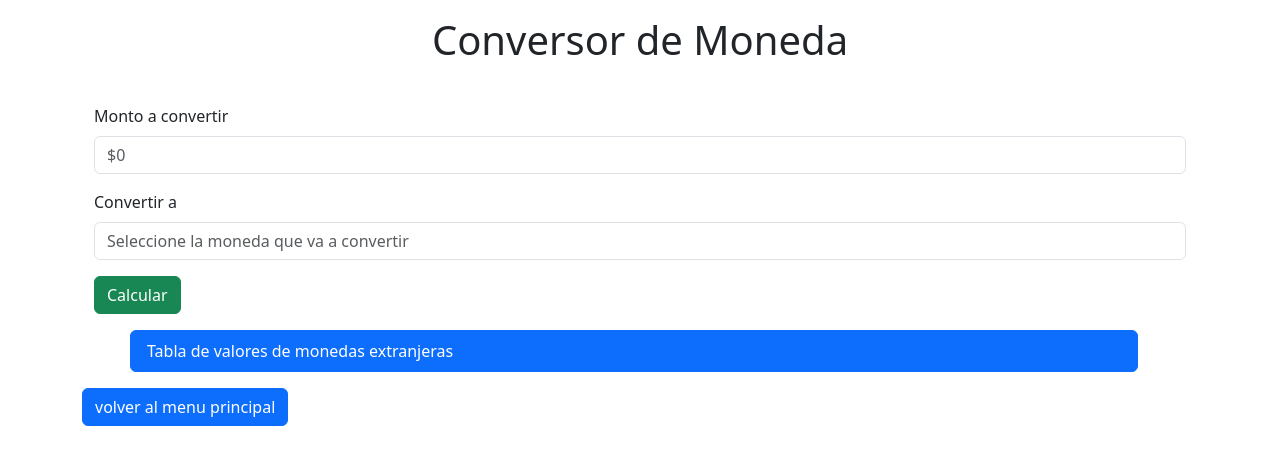
Repository: MaxiSoriano70/ALURA_Challenge_Oracle_ONE_Conversor
Page: http://localhost/conversores/WEB-INF/view/conversorDeMonedas.jsp
The author's editor kept a copy of each file at every save. The page is drawn from the files as they stood at one save, then again after the next save.
The browser window is 1280 px wide. The pictures show the whole page.
The page is served by Tomcat 10. Nobody is signed in. The template is opened directly, without the code that normally fills it, so the values that code supplies are empty.

Above is the page before, as saved 2023-05-13 08:12:39.

After the next save:
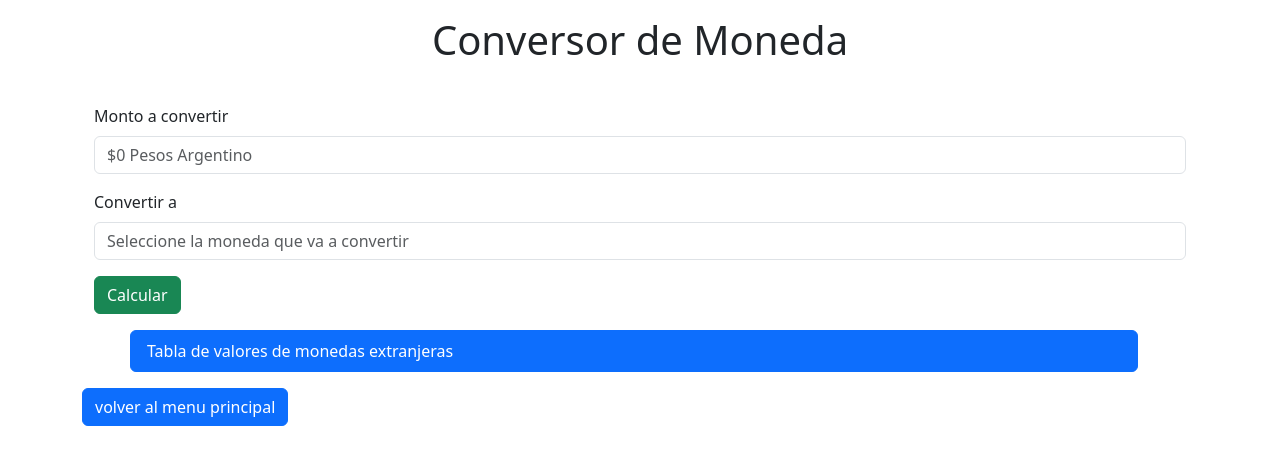
Saved 2 min 30 s later.
--- a/Conversor/conversores/src/main/webapp/WEB-INF/view/conversorDeMonedas.jsp
+++ b/Conversor/conversores/src/main/webapp/WEB-INF/view/conversorDeMonedas.jsp
@@ -25,7 +25,7 @@
 			<div class="mb-3">
 				<label for="formMonto" class="form-label">Monto a convertir
 				</label> <input type="number" min="0" step="0.05" class="form-control" id="formMonto"
-					placeholder="$0" name="monto">
+					placeholder="$0 Pesos Argentino" name="monto">
 			</div>
 			<div class="mb-3">
 				<label for="formMoneda" class="form-label">Convertir a</label> <input
